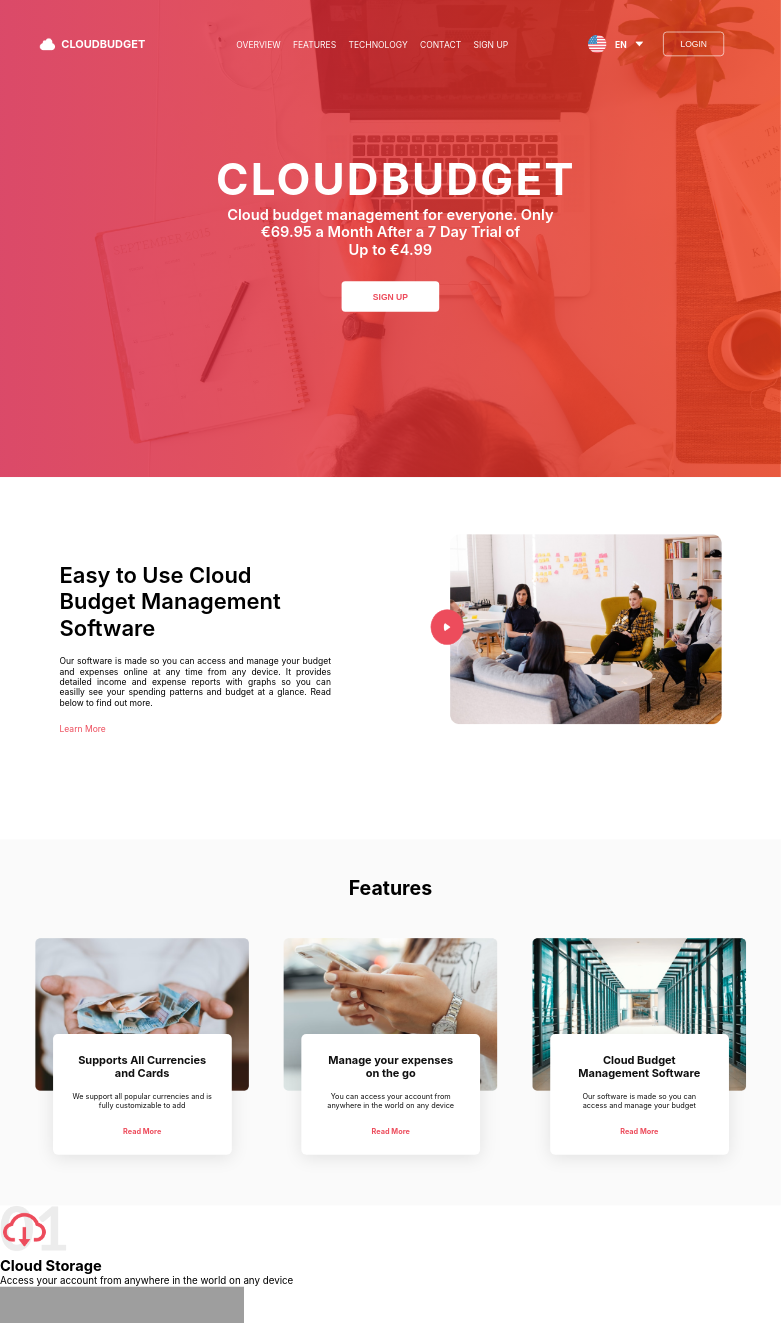
Repository: Ola-22/cloudBudget
Page: /
The author's editor kept a copy of each file at every save. The page is drawn from the files as they stood at one save, then again after the next save.
The browser window is 1280 px wide. The pictures show the whole page, at 61% of full size.
Pictures or frames that could not be fetched are drawn as grey boxes. The project was rebuilt for these pictures with package versions that can differ from the ones it lists, and the page was loaded fresh each time. Also part of the build but not shown: src/Components/Technology/style.scss, src/Components/Technology/TechCard/style.scss.

Above is the page before, as saved 2021-09-13 16:08:55.

### src/App.js
import "./App.css";
import {
  Navbar,
  MainContent,
  VideoSection,
  Features,
  Technology,
} from "./components/component-path";

function App() {
  return (
    <div className="App">
      <div
        className="app-main"
        style={{
          backgroundImage:
            "linear-gradient(90deg, rgba(213, 32, 71, 0.8) 0%, rgba(238, 61, 27, 0.8) 100%),url(/images/bg.png)",
          height: "782px",
        }}
      >
        <Navbar />
        <MainContent />
      </div>
      <VideoSection />
      <Features />
      <Technology />
    </div>
  );
}

export default App;

### src/App.css
*{
  margin: 0;
  padding: 0;
  box-sizing: border-box;
}

.app-main{
  /* height: 782px; */
  background-position: center;
  background-repeat: no-repeat;
  background-size: cover;
  position: relative;
}

### src/Components/component-path.js
export { default as Navbar } from "./Navbar";
export { default as MainContent } from "./MainContent";
export { default as VideoSection } from "./VideoSection";
export { default as Features } from "./Features";
export { default as Technology } from "./Technology";

### src/Components/Navbar/index.jsx
import "./style.scss";
import { Link, BrowserRouter as Router } from "react-router-dom";

function Navbar() {
  return (
    <div className="nav-main">
      <div className="nav-box">
        <img src="/images/Vector.png" alt="" />
        <h3>CLOUDBUDGET</h3>
      </div>
      <Router>
        <nav>
          <Link to="/">overview</Link>
          <Link to="/">features</Link>
          <Link to="/">technology</Link>
          <Link to="/">contact</Link>
          <Link to="/">sign up</Link>
        </nav>
      </Router>
      <div style={{ display: "flex", cursor: "pointer" }}>
        <div className="flag-box">
          <img src="/images/flag.png" alt="" />
          <h4>EN</h4>
          <img src="/images/vector2.png" alt="" />
        </div>
        <button>Login</button>
      </div>
    </div>
  );
}

export default Navbar;

### src/Components/MainContent/index.jsx
import "./style.css";

export default function MainContent() {
  return (
    <div className="main-content">
      <h1>CloudBudget</h1>
      <p>
        Cloud budget management for everyone. Only €69.95 a Month After a 7 Day
        Trial of
        <br /> Up to €4.99
      </p>
      <button>sign up</button>
    </div>
  );
}

### src/Components/VideoSection/index.jsx
import "./style.scss";

export default function VideoSection() {
  return (
    <div className="videoMain">
      <div className="video-content">
        <h2>Easy to Use Cloud Budget Management Software</h2>
        <p>
          Our software is made so you can access and manage your budget and
          expenses online at any time from any device. It provides detailed
          income and expense reports with graphs so you can easilly see your
          spending patterns and budget at a glance. Read below to find out more.
        </p>
        <a href="#">Learn More</a>
      </div>
      <div>
        <img src="/images/play.png" alt="" />
        <img src="/images/Video_bg.png" alt="" />
      </div>
    </div>
  );
}

### src/Components/Features/index.jsx
import FeaturesCard from "./FeaturesCard";
import "./style.scss";

export default function Features() {
  return (
    <div className="features-main">
      <h1>Features</h1>
      <div>
        <FeaturesCard
          src="/images/features1.png"
          title="Supports All Currencies and Cards"
          paragraph="We support all popular currencies and is fully customizable to add"
          readmore="Read More"
        />
        <FeaturesCard
          src="/images/features2.png"
          title="Manage your expenses on the go"
          paragraph="You can access your account from anywhere in the world on any device"
          readmore="Read More"
        />
        <FeaturesCard
          src="/images/features3.png"
          title="Cloud Budget Management Software"
          paragraph="Our software is made so you can access and manage your budget"
          readmore="Read More"
        />
      </div>
    </div>
  );
}

### src/Components/Technology/index.jsx
import "./style.scss";
import TechCard from "./TechCard";

export default function Technology() {
  return (
    <div>
      <TechCard
        src="/images/tech1.png"
        title="Cloud Storage"
        paragraph="Access your account from anywhere in the world on any device"
        background="01.png"
      />
      <TechCard />
      <TechCard />
      <TechCard />
    </div>
  );
}

### src/Components/Navbar/style.scss
@import "../../styles/variables.scss";

.nav-main{
  display: flex;
  align-items: center;
  justify-content: space-around;
  padding-top: 52px;
  & >nav{
    display: flex;
    & >a {
      margin-left: 20px;
      text-transform: uppercase;
      color: $whiteColor;
      font-size: 14px;
      text-decoration: none;
    }
  }

  & button{
    width: 100px;
    height: 40px;
    background-color: transparent;
    border-radius: 6px;
    border: 1px solid $whiteColor;
    font-size: 14px;
    text-transform: uppercase;
    color: $whiteColor;
    margin-inline-start: 28.81px;
    margin-inline-end: 28px;
  }
}

.nav-box{
  display: flex;
  // margin-left: 5%;
  & > h3{
    font-size: 18px;
    margin-left: 9.9px;
    color: white;
  }
}

.flag-box{
  display: flex;
  align-items: center;
  width: 96px;
  & > h4{
    font-size: 14px;
    color: $whiteColor;
    margin-inline-start: 13.81px;
    margin-inline-end: 13.81px;
  }
}

### src/Components/MainContent/style.css
.main-content {
  display: -webkit-box;
  display: -ms-flexbox;
  display: flex;
  -webkit-box-align: center;
      -ms-flex-align: center;
          align-items: center;
  -webkit-box-orient: vertical;
  -webkit-box-direction: normal;
      -ms-flex-direction: column;
          flex-direction: column;
  color: #ffffff;
  margin-top: 158px;
}

.main-content > h1 {
  font-size: 72px;
  text-transform: uppercase;
  margin-left: 18px;
  letter-spacing: 0.05em;
}

.main-content > p {
  font-size: 24px;
  width: 540px;
  height: 124px;
  font-weight: 600;
  overflow-wrap: break-word;
  text-align: center;
  margin: 0;
}

.main-content > button {
  background-color: #ffffff;
  border-radius: 6px;
  width: 160px;
  height: 50px;
  font-size: 14px;
  text-transform: uppercase;
  color: #ED4C5C;
  border: none;
  font-weight: 600;
  cursor: pointer;
}
/*# sourceMappingURL=style.css.map */

### src/Components/VideoSection/style.scss
@import "../../styles/variables.scss";

.videoMain{
  display: flex;
  justify-content: space-around;
  margin-top: 94px;
  height: 500px;
  flex-wrap: wrap;
  & > div:last-of-type{
    position: relative;
    & img:first-of-type{
      border: 1px solid $btnColor;
      background-color: $btnColor;
      border-radius: 50%;
      padding: 20px;
      // width: 18px;
      position: absolute;
      margin-top: 123px;
      left: -32px;
    }
  }
}

.video-content{
  width: 445px;
  & > h2{
    font-size: 36px;
    line-height: 43px;
    margin-top: 46px;
    font-weight: 600;
  }
  & > p{
    font-size: 14px;
    text-align: justify;
    margin: 24px 0;
  }
  & > a{
    color: $btnColor;
    font-size: 14px;
    text-decoration: none;
  }
}

### src/Components/Features/FeaturesCard/index.js
import "./style.scss";

export default function FeaturesCard({ src, title, paragraph, readmore }) {
  return (
    <div className="features-card">
      <img src={src} alt="" />
      <div>
        <h3>{title}</h3>
        <p>{paragraph}</p>
        <a href="#">{readmore}</a>
      </div>
    </div>
  );
}

### src/Components/Features/style.scss
.features-main{
  background-color: #fafafa;
  // padding-top: 60px;
  height: 600px;
  & >h1{
    text-align: center;
    padding-top: 60px;
    padding-bottom: 63px;
  }
  & > div:first-of-type{
    display: flex;
    justify-content: space-evenly;
    height: 660px;
    flex-wrap: wrap;
  }
}

### src/Components/Technology/TechCard/index.jsx
import "./style.scss";

export default function TechCard({ src, title, paragraph, background }) {
  return (
    <div
      style={{
        backgroundImage: `url(/images/${background}`,
        backgroundRepeat: "no-repeat",
      }}
    >
      <img src={src} alt="" />
      <h2>{title}</h2>
      <p>{paragraph}</p>
    </div>
  );
}

### src/styles/variables.scss
$whiteColor: #ffffff;
$blackColor: #000000;
$orangeColor: #EE3D1B;
$pinkColor: #D52047;
$btnColor: #ED4C5C;

### src/Components/Features/FeaturesCard/style.scss
@import "../../../styles/variables.scss";


.features-card{
  position: relative;
  text-align: center;
  & > div{
    background-color: $whiteColor;
    position: absolute;
    top: 157px;
    width: 293px;
    height: 198px;
    left: 29px;
    box-shadow: 0px 5px 30px rgba(0, 0, 0, 0.1);
    display: flex;
    flex-direction: column;
    align-items: center;
    color: #101010;
    border-radius: 8px;
    & > h3{
      margin-top: 33px;
      margin-bottom: 20px;
      font-size: 18px;
      width: 229px;
    }
    & > p{
      font-size: 12px;
      width: 229px;
      height: 57px;
    }
    & > a{
      color: $btnColor;
      font-size: 12px;
      font-weight: bold;
      text-decoration: none;
    }
  }
}

Loaded but not shown: public/index.html (common file); src/index.js (common file); src/index.css (common file); src/reportWebVitals.js (common file)

After the next save:
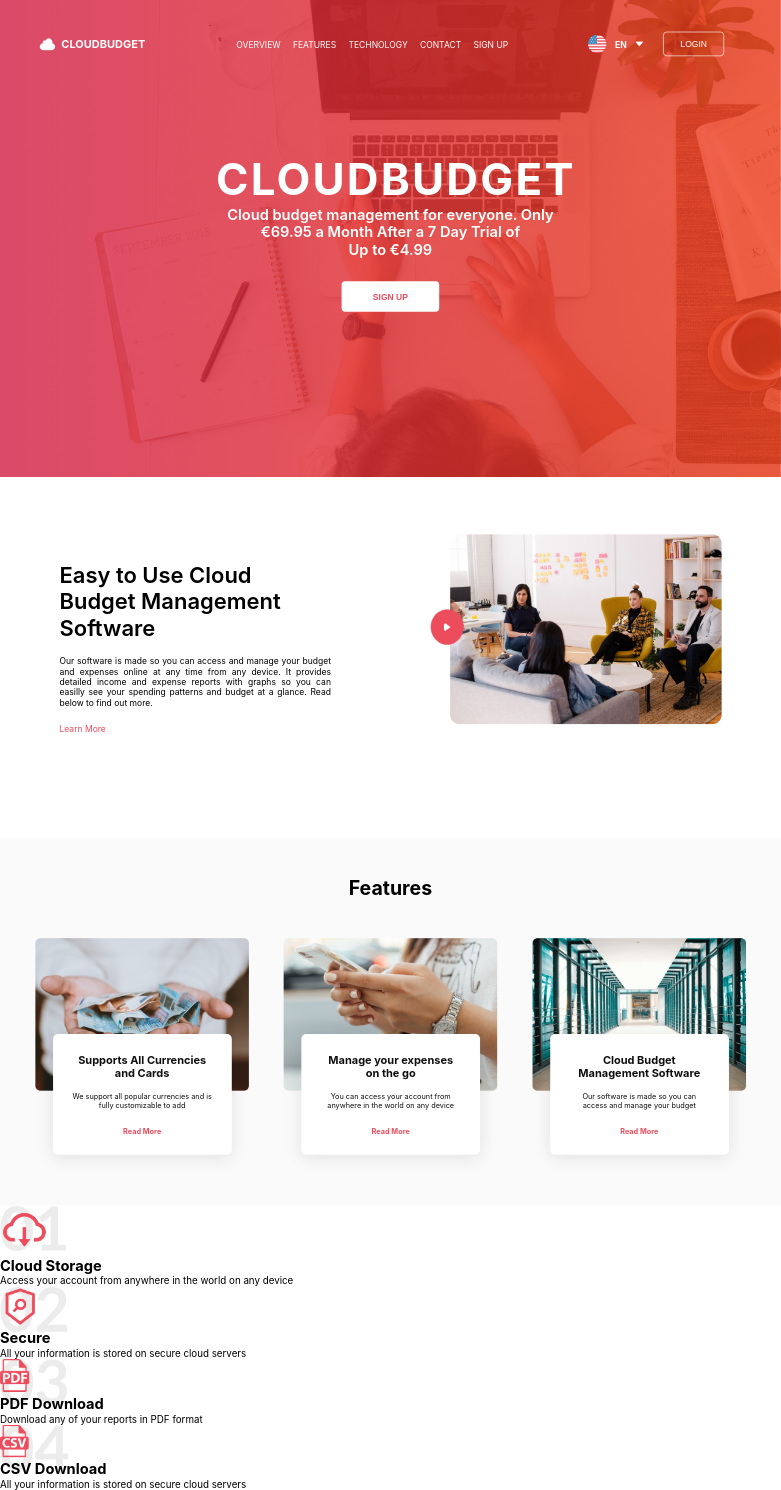
Saved 2 min 8 s later.
--- a/src/Components/Technology/index.jsx
+++ b/src/Components/Technology/index.jsx
@@ -10,9 +10,24 @@ export default function Technology() {
         paragraph="Access your account from anywhere in the world on any device"
         background="01.png"
       />
-      <TechCard />
-      <TechCard />
-      <TechCard />
+      <TechCard
+        src="/images/tech2.png"
+        title="Secure"
+        paragraph="All your information is stored on secure cloud servers"
+        background="02.png"
+      />
+      <TechCard
+        src="/images/tech3.png"
+        title="PDF Download"
+        paragraph="Download any of your reports in PDF format"
+        background="03.png"
+      />
+      <TechCard
+        src="/images/tech4.png"
+        title="CSV Download"
+        paragraph="All your information is stored on secure cloud servers"
+        background="04.png"
+      />
     </div>
   );
 }
